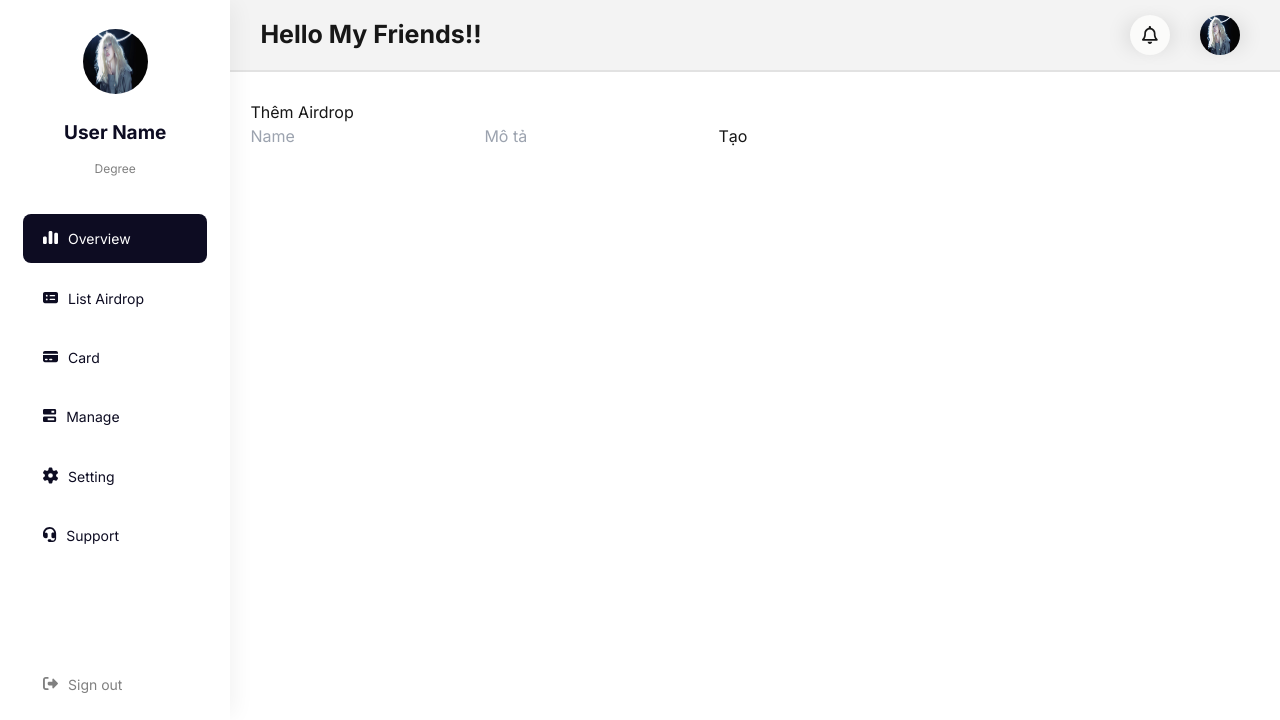
Repository: conGaStuer/airdropmamager
Page: /airdrops/new
An editor plug-in stored every save of this project. The page is shown before and after the next save, followed by the edit.
The browser window is 1280 px wide. The pictures show the whole page.
The project was rebuilt for these pictures with package versions that can differ from the ones it lists, and the page was loaded fresh each time. The framework's server and built-in components were replaced by stand-ins that run in the browser. Also part of the build but not shown: next.config.ts.

Above is the page before, as saved 2025-05-26 19:37:15.

After the next save:
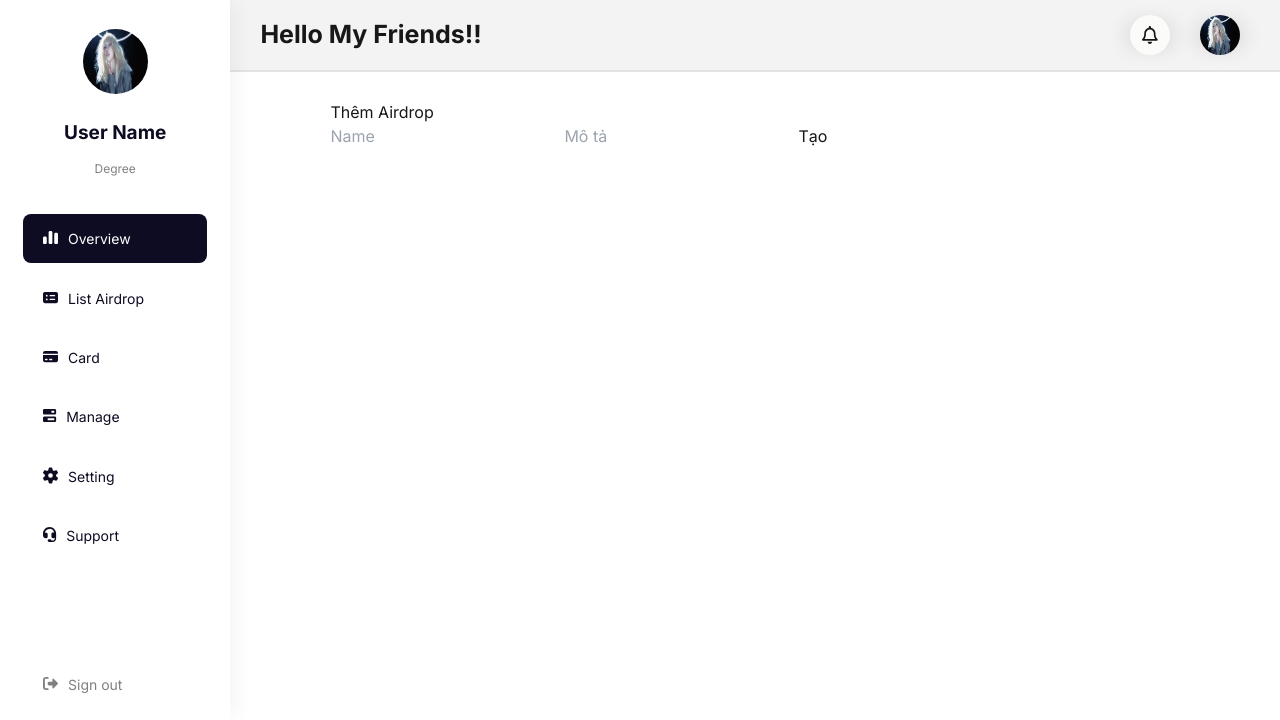
Saved 9 s later.
--- a/src/app/airdrops/layout.js
+++ b/src/app/airdrops/layout.js
@@ -10,7 +10,7 @@ export default function AirdropLayout({ children }) {
       <SideBar />
       <div className="flex-1">
         <NavBar />
-        <main className="pt-20">{children}</main>
+        <main className="pt-20 pl-20">{children}</main>
       </div>
     </div>
   );
